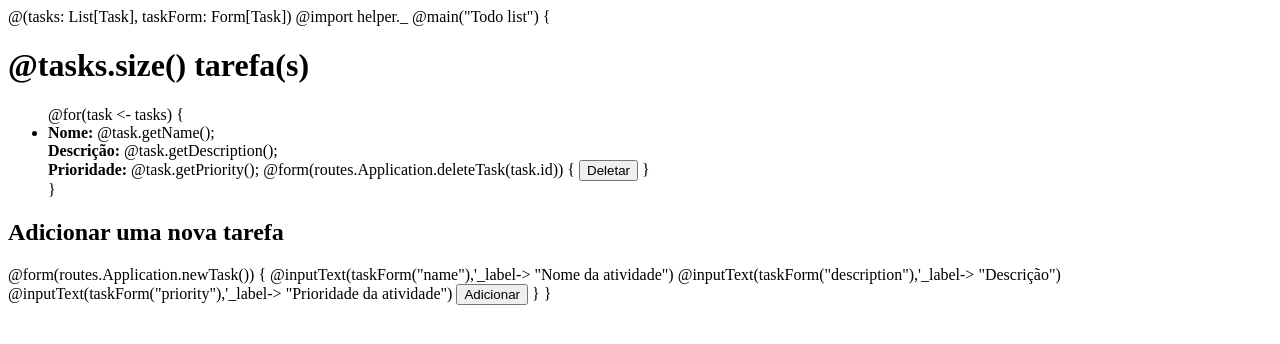
Repository: analuizamtg/si1
Page: lab2/todolist/.target/views/index.scala.html
An editor plug-in stored every save of this project. The page is shown before and after the next save, followed by the edit.
The browser window is 1280 px wide. The pictures show the whole page.

Above is the page before, as saved 2013-11-26 22:12:03.

### lab2/todolist/.target/views/index.scala.html
@(tasks: List[Task], taskForm: Form[Task])

@import helper._

@main("Todo list") {

    <h1>@tasks.size() tarefa(s)</h1>

    <ul>
        @for(task <- tasks) {
            <li>
                <b>Nome:</b> @task.getName();
                <br>
                <b>Descrição:</b>  @task.getDescription();
                <br>
                <b>Prioridade:</b> @task.getPriority();


                @form(routes.Application.deleteTask(task.id)) {
                    <input type="submit" value="Deletar">
                }
            </li>
        }
    </ul>

    <h2>Adicionar uma nova tarefa</h2>

    @form(routes.Application.newTask()) {

        @inputText(taskForm("name"),'_label-> "Nome da atividade")
        @inputText(taskForm("description"),'_label-> "Descrição")
        @inputText(taskForm("priority"),'_label-> "Prioridade da atividade")

        <input type="submit" value="Adicionar">

    }

}

After the next save:
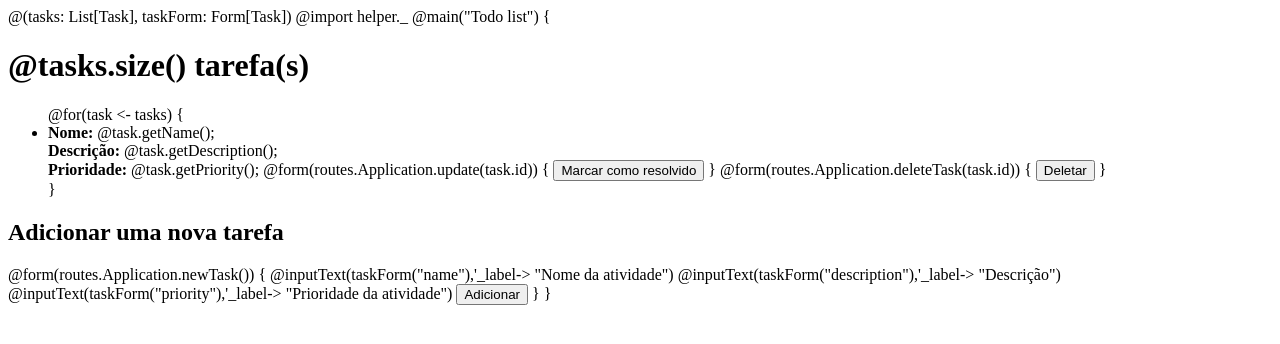
Saved 5 min 18 s later.
--- a/lab2/todolist/.target/views/index.scala.html
+++ b/lab2/todolist/.target/views/index.scala.html
@@ -15,6 +15,9 @@
                 <br>
                 <b>Prioridade:</b> @task.getPriority();
 
+                @form(routes.Application.update(task.id)) {
+                    <input type="submit" value="Marcar como resolvido">
+                }
 
                 @form(routes.Application.deleteTask(task.id)) {
                     <input type="submit" value="Deletar">
